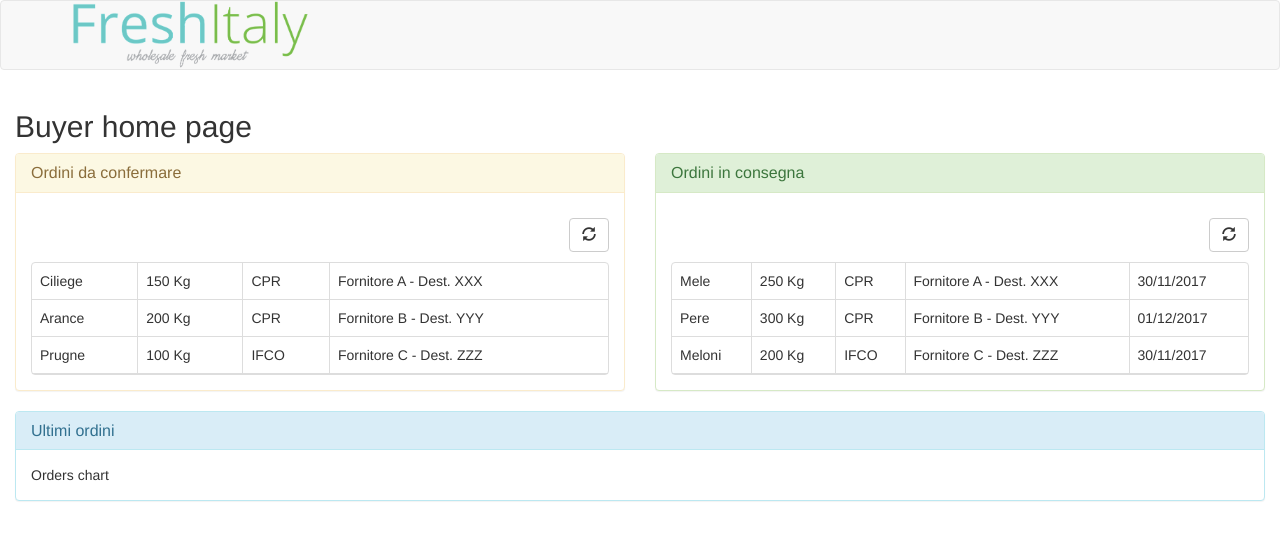
Repository: edikapllani/freshitaly
Page: http://localhost/buyer/home
These files come from the project's save history. The page is drawn as it stood at one moment and after the next save; the edit follows.
The browser window is 1280 px wide. The pictures show the whole page.
The page is this project's Thymeleaf template; nobody is signed in. The template is opened directly, without the code that normally fills it, so the values that code supplies are empty.

Above is the page before, as saved 2017-11-28 15:33:59.

After the next save:
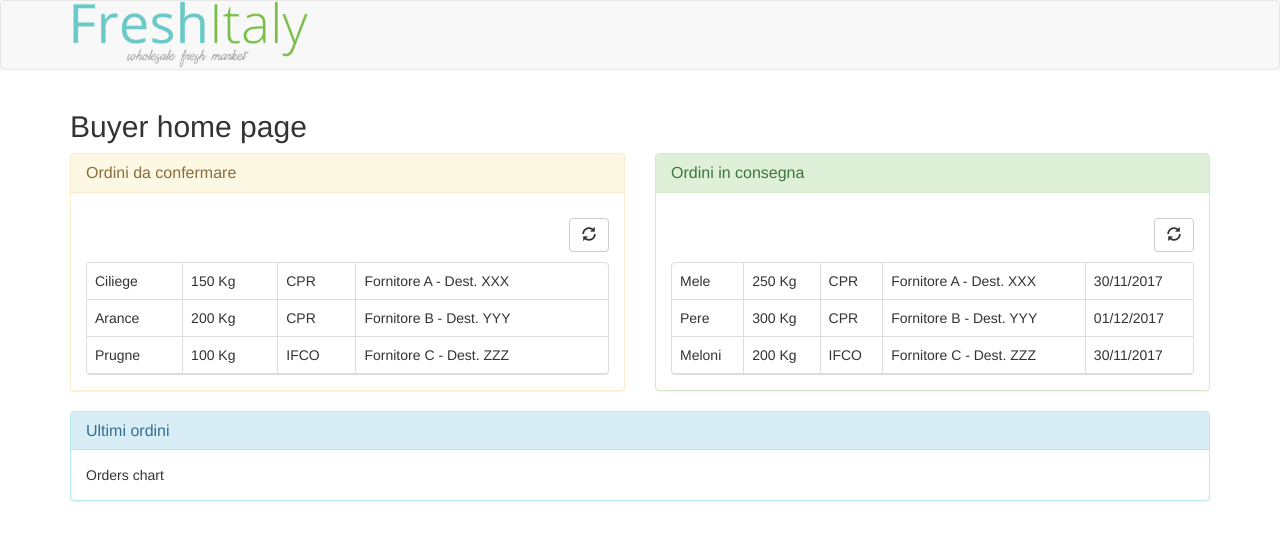
Saved 5 min 3 s later.
--- a/FreshItalyWeb/src/main/resources/templates/buyer/home.html
+++ b/FreshItalyWeb/src/main/resources/templates/buyer/home.html
@@ -21,7 +21,7 @@
 	  </div>
 	</nav>
 
-	<div class="container-fluid">
+	<div class="container">
 
 		<h2>Buyer home page</h2>
 
